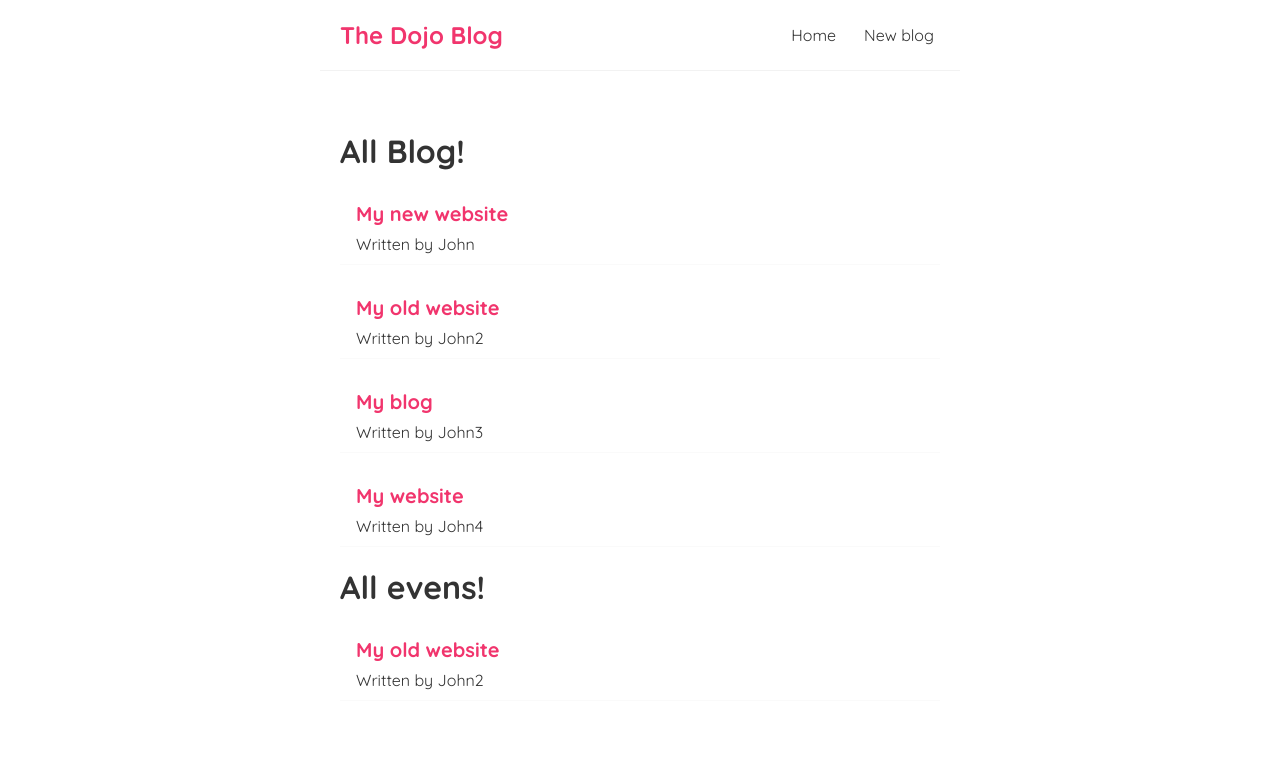
Repository: Samkiroko/full-reacr-ninja
Page: /
These files come from the project's save history. The page is drawn as it stood at one moment and after the next save; the edit follows.
The browser window is 1280 px wide. The pictures show the whole page.
The project was rebuilt for these pictures with package versions that can differ from the ones it lists, and the page was loaded fresh each time.

Above is the page before, as saved 2021-07-19 18:43:06.

### src/index.css
@import url('https://fonts.googleapis.com/css2?family=Quicksand:wght@300;400;500;600;700&display=swap');

/* base styles */

* {
    margin: 0;
    font-family: 'Quicksand';
    color: #333;
}

.navbar {
    padding: 20px;
    display: flex;
    align-items: center;
    max-width: 600px;
    margin: 0 auto;
    border-bottom: 1px solid #f2f2f2;
}

.navbar h1 {
    color: #f1356d;
}

.navbar .links {
    margin-left: auto;
}

.navbar a {
    margin-left: 16px;
    text-decoration: none;
    padding: 6px;
}

.navbar a:hover {
    color: #f1356d;
}

.content {
    max-width: 600px;
    margin: 40px auto;
    padding: 20px;
}


/* blog previews / list */

.blog-preview {
    padding: 10px 16px;
    margin: 20px 0;
    border-bottom: 1px solid #fafafa;
}

.blog-preview:hover {
    box-shadow: 1px 3px 5px rgba(0, 0, 0, 0.1);
}

.blog-preview h2 {
    font-size: 20px;
    color: #f1356d;
    margin-bottom: 8px;
}

### src/App.js
import Home from './Home'
import Navbar from './Navbar'

function App() {
  return (
    <div className='App'>
      <Navbar />
      <div className='content'>
        <Home />
      </div>
    </div>
  )
}

export default App

### src/Home.js
import { useState } from 'react'
import BlogList from './BlogList'

const Home = () => {
  const [blog, setBlog] = useState([
    { title: 'My new website', body: 'This is my new website', author: 'John', id: 1 },
    { title: 'My old website', body: 'This is my old website', author: 'John2', id: 2 },
    { title: 'My blog', body: 'This is my blog', author: 'John3', id: 3 },
    { title: 'My website', body: 'This is my website', author: 'John4', id: 4 },
  ])
  return (
    <div className='home'>
      <BlogList blogs={blog} title='All Blog!' />
      <BlogList blogs={blog.filter((blog) => blog.author === 'John2')} title='All evens!' />
    </div>
  )
}

export default Home

### src/Navbar.js
import React from 'react'

const Navbar = () => {
  return (
    <nav className='navbar'>
      <h1>The Dojo Blog</h1>
      <div className='links'>
        <a href='/'>Home</a>

        <a href='/create'>New blog</a>
      </div>
    </nav>
  )
}

export default Navbar

### src/BlogList.js
const BlogList = (props) => {
  const blogs = props.blogs
  const title = props.title
  return (
    <div className='blog-list'>
      <h1>{title}</h1>
      {blogs.map((blog) => (
        <div className='blog-preview' key={blog.id}>
          <h2>{blog.title}</h2>
          <p>Written by {blog.author}</p>
        </div>
      ))}
    </div>
  )
}

export default BlogList

Loaded but not shown: public/index.html (common file); src/index.js (common file)

After the next save:
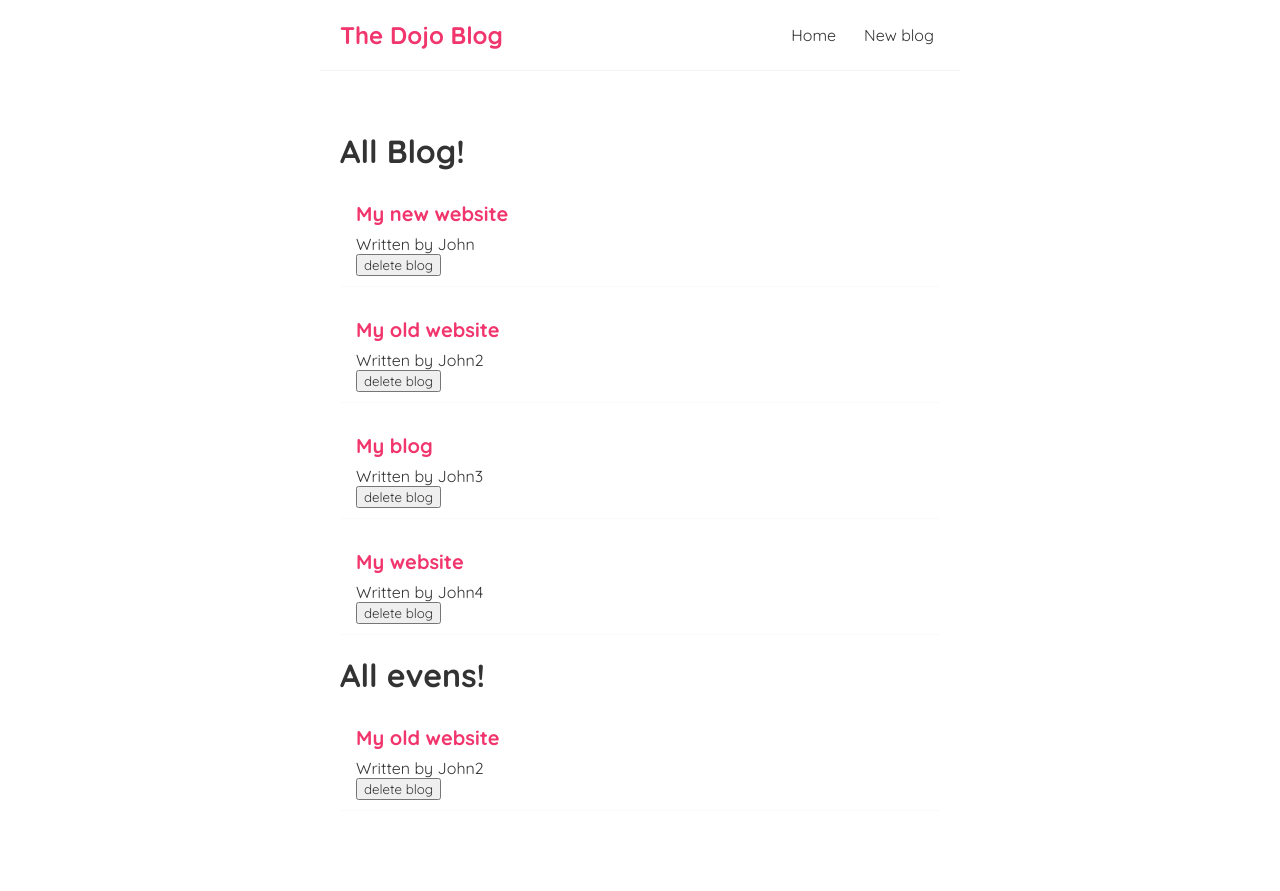
Saved 100 s later.
--- a/src/BlogList.js
+++ b/src/BlogList.js
@@ -8,6 +8,7 @@ const BlogList = (props) => {
         <div className='blog-preview' key={blog.id}>
           <h2>{blog.title}</h2>
           <p>Written by {blog.author}</p>
+          <button onClick={() => handleDelete(blog.id)}>delete blog</button>
         </div>
       ))}
     </div>
